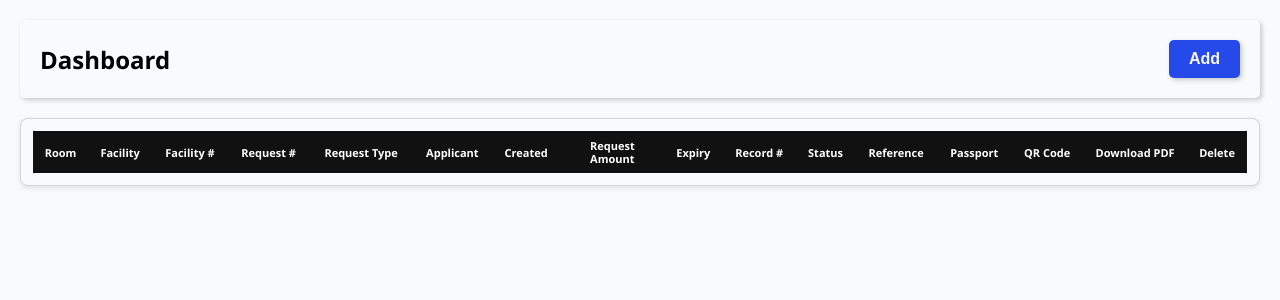
Repository: irfan-shah-sherani/Travel-Tour
Page: public/index.html
An editor plug-in stored every save of this project. The page is shown before and after the next save, followed by the edit.
The browser window is 1280 px wide. The pictures show the whole page.
The page's requests for data from a server got no answer.

Above is the page before, as saved 2025-07-11 04:52:07.

### public/index.html
<!DOCTYPE html>
<html lang="en">

<head>
  <meta charset="UTF-8" />
  <meta name="viewport" content="width=device-width, initial-scale=1.0" />
  <title>Dashboard</title>
  <link rel="stylesheet" href="index.css" />
  <!-- <link
      rel="stylesheet"
      href="/public/Dashboard.css"
      integrity="sha512-..."
      crossorigin="anonymous"
      referrerpolicy="no-referrer"
    /> -->
</head>

<body>
  <main>
    <!-- main content -->
    <div class="main-content">
      <!-- TOP-nav -->
      <nav class="main-nav">
        <div class="page-name">
          <i class="fas fa-bars"></i>
          <p>Dashboard</p>
        </div>
        <div class="button">
          <button id="addPersonBtn">Add</button>
        </div>
      </nav>

      <!-- main content  end -->
      <div class="table-container">
        <table>
          <tr>
            <th>Room</th>
          <th>Facility</th>
          <th>Facility #</th>
          <th>Request #</th>
          <th>Request Type</th>
          <th>Applicant</th>
          <th>Created</th>
          <th>Request Amount</th>
          <th>Expiry</th>
          <th>Record #</th>
          <th>Status</th>
          <th>Reference</th>
          <th>Passport</th>
          <th>QR Code</th>
          <th>Download PDF</th>
          <th>Delete</th>
          </tr>
          <tbody id="person-table-body">
            <!-- JS will populate this -->
          </tbody>
        </table>

        <!-- ✅ Place script here -->
        <script>
  fetch("/api/")
    .then((res) => res.json())
    .then((data) => {
      const tbody = document.getElementById("person-table-body");
      tbody.innerHTML = "";
      data.forEach((record) => {
        const tr = document.createElement("tr");
        tr.innerHTML = `
          <td>${record.record_id}</td>
          <td>${record.room_name}</td>
          <td>${record.facility_name}</td>
          <td>${record.facility_number}</td>
          <td>${record.request_number}</td>
          <td>${record.request_type}</td>
          <td>${record.applicant_name}</td>
          <td>${record.creation_date}</td>
          <td>${record.request_amount}</td>
          <td>${record.expiry_date}</td>
          <td>${record.record_number}</td>
          <td>${record.request_status}</td>
          <td>${record.reference_number}</td>
          <td>${record.passport_number}</td>
          <td>${record.qrcode_url ? `<img src="${record.qrcode_url}" class="qr-img" alt="QR Code">` : "No QR"}</td>
          <td>
            <a href="/api/download-pdf?token=${record.qr_token}">
              <button type="button">Download PDF</button>
            </a>
          </td>
          <td>
            <form action="/delete/${record.qr_token}" method="POST" onsubmit="return confirm('Are you sure you want to delete this record?');">
              <button type="submit">Delete</button>
            </form>
          </td>
        `;

                tbody.appendChild(tr);
              });
            });
        </script>
        </table>
      </div>

      <!-- Trigger Button OUTSIDE -->
      <!-- Add Room Form (initially hidden in CSS or JS) -->
      <div class="add-new add-new-person">
        <h2 class="form-title">Add New Person</h2>
        <form class="person-form" action="/" method="POST">
          <div class="inputForm">
            <!-- Left Side -->
            <div class="left-side">
              <div class="form-group">
                <label for="room_number">Room No </label>
                <input type="text" id="room_number" name="room_number" required />
              </div>

              <div class="form-group">
                <label for="facility_name">Facility Name </label>
                <input type="text" id="facility_name" name="facility_name" required />
              </div>

              <div class="form-group">
                <label for="facility_number">Facility number </label>
                <input type="text" id="facility_number" name="facility_number" required />
              </div>

              <div class="form-group">
                <label for="request_number">Request number </label>
                <input type="number" id="request_number" name="request_number" step="0.01" required />
              </div>

              <div class="form-group">
                <label for="request_type">Request Type</label>
                <input type="text" id="request_type" name="request_type" required />
              </div>
            </div>

            <!-- Center Side -->
            <div class="center-side">
              <div class="form-group">
                <label for="applicant">Applicant</label>
                <input type="text" id="applicant" name="applicant" />
              </div>

              <div class="form-group">
                <label for="created">Created</label>
                <input type="text" id="created" name="created" />
              </div>

              <div class="form-group">
                <label for="amount">Amount</label>
                <input type="text" id="amount" name="amount" />
              </div>

              <div class="form-group">
                <label for="expiry">Expiry</label>
                <input type="text" id="expiry" name="expiry" />
              </div>

              <div class="form-group">
                <label for="record_number">Record number</label>
                <input type="text" id="record_number" name="record_number" />
              </div>
            </div>

            <!-- Right Side -->
            <div class="right-side">
              <div class="form-group">
                <label for="status">Status</label>
                <input type="text" id="status" name="status" />
              </div>

              <div class="form-group">
                <label for="reference_number">Reference number</label>
                <input type="text" id="reference_number" name="reference_number" />
              </div>

              <div class="form-group">
                <label for="passport_number">Passport number</label>
                <input type="text" id="passport_number" name="passport_number" />
              </div>

            </div>
          </div>

          <div class="button-group">
            <button type="button" class="cancelbtn">Cancel</button>
            <button type="submit" class="submit-person-btn">Add Person</button>
          </div>
        </form>
      </div>

    </div>
  </main>
  <script src="index.js"></script>
</body>

</html>

### public/index.css
* {
  margin: 0;
  padding: 0;
  box-sizing: border-box;
}
:root {
  --primary-gradient: linear-gradient(135deg, #667eea 0%, #764ba2 100%);
  --card-shadow: 0 4px 6px rgba(0, 0, 0, 0.1);
  --card-hover-shadow: 0 8px 15px rgba(0, 0, 0, 0.2);
}
body {
  font-family: "Segoe UI", Tahoma, Geneva, Verdana, sans-serif;
  background-color: #f8fafc;
}
main {
  display: flex;
  /* display: flex; */
}
/* .sidebar {
  position: fixed;
  display: flex;
  align-items: center;
  flex-direction: column;
  width: 250px;
  height: 100vh;
  padding: 20px;
  background: var(--primary-gradient);
  border-radius: 10px 0px 0px 10px;
  color: #f8fafc;
}
.cross-icon {
  display: none;
  justify-content: right;
  color: #f8fafc;
  font-size: 2rem;
  cursor: pointer;
}
.logo {
  display: flex;
  align-items: center;
  gap: 10px;
  margin-bottom: 10px;
  border-bottom: 1px solid rgba(255, 255, 255, 1);
  padding-bottom: 20px;
}
.logo p {
  font-size: 24px;
  font-weight: 600;
}
.sidebar img {
  display: block;
  width: 50px;
  height: 50px;
  object-fit: cover;
  object-position: center;
  border-radius: 5px;
}
.logo hr {
  width: 100px;
  height: 2px;
  color: rgba(255, 255, 255, 0.1);
}
.links ul li {
  list-style: none;
  margin: 5px;
}
.links ul li a {
  display: flex;
  padding-left: 20px;
  align-items: center;
  width: 200px;
  height: 50px;
  text-decoration: none;
  gap: 10px;
  border-radius: 10px;
  transition: all 0.3s ease;
  color: rgba(255, 255, 255, 0.85);
}
.links ul li a:hover {
  background-color: rgba(255, 255, 255, 0.1);
  transform: translateX(5px);
}
.links ul li a.active {
  background-color: rgba(255, 255, 255, 0.1);
  transform: translateX(5px);
} */
/* main content */
.main-content {
  display: flex;
  /* margin-left: 250px; */
  flex-direction: column;
  background-color: #f8fafc;
  width: 100%;
  padding: 20px;
  gap: 20px;
}
.main-content nav {
  display: flex;
  justify-content: space-between;
  align-items: center;
  border-radius: 5px;
  width: 100%;
  background-color: #f8fafc;
  padding: 20px;
  box-shadow: 2px 2px 5px rgba(0, 0, 0, 0.2);
}
.page-name {
  display: flex;
  align-items: center;
  gap: 10px;
}
.page-name p {
  font-size: 24px;
  font-weight: 600;
}
.page-name i {
  display: none;
  cursor: pointer;
  font-size: 24px;
  font-weight: 600;
}
.button {
  display: flex;
  align-items: center;
  gap: 10px;
}
.button button {
  padding: 10px 20px;
  border-radius: 5px;
  border: none;
  background-color: #264ae9;
  color: #f8fafc;
  font-size: 16px;
  font-weight: 600;
  box-shadow: 2px 2px 5px rgba(0, 0, 0, 0.2);
  cursor: pointer;
  transition: all 0.05s ease-in-out;
}
.button button:hover {
  transform: translateY(2px);
}

/* table */
/* General Table Styling */
.table-container {
  width: 100%;
  overflow-x: auto;
  background-color: #f8fafc;
  border-radius: 8px;
  border: 1px solid rgba(0, 0, 0, 0.15);
  box-shadow: 0 2px 5px rgba(0, 0, 0, 0.1);
  padding: 12px;
  box-sizing: border-box;
}

/* Table Reset */
table {
  width: 100%;
  border-collapse: collapse;
  font-size: 11px;
  table-layout: auto;
}

/* Table Header */
.table-container table th {
  background-color: #111;
  color: #fff;
  font-weight: 600;
  font-size: 11px;
  padding: 8px;
  text-align: center;
  vertical-align: middle;
  white-space: normal;
  line-height: 1.2;
  word-break: break-word;
}

/* Force words like "Request Number" to wrap into 2 lines */
.table-container table th {
  max-width: 90px;
}

/* Table Body */
.table-container table td {
  white-space: nowrap;
  text-align: center;
  vertical-align: middle;
  padding: 8px 6px;
}

/* Row Hover Effect */
.table-container table tr:hover {
  background-color: #e2e8f0;
  transition: background-color 0.2s;
}

/* Button Styling */
.btn {
  padding: 4px 8px;
  font-size: 10px;
  border-radius: 4px;
  border: none;
  cursor: pointer;
  transition: 0.2s;
}

/* Delete Button */
.delete-form {
  border: 1px solid #ef4444;
  color: #ef4444;
  background: transparent;
}
.delete-form:hover {
  background-color: #fee2e2;
}

/* Download Button (optional styling) */
.download-btn {
  background-color: #2563eb;
  color: white;
  border: none;
}
.download-btn:hover {
  background-color: #1d4ed8;
}

.add-new {
  display: none;
  width: 80%;
  max-height: 90vh; /* limit height */
  overflow-y: auto;  /* enable scroll if content too tall */
  position: absolute;
  top: 50%;
  left: 50%;
  transform: translate(-50%, -50%);
  background-color: white;
  padding: 20px;
  border-radius: 8px;
  box-shadow: 0 0 10px rgba(0, 0, 0, 0.5);
  font-family: Arial, sans-serif;
  z-index: 10;
}

.form-title {
  font-size: 24px;
  font-weight: 600;
  margin-bottom: 10px;
}

/* Reduce spacing */
.person-form {
  display: flex;
  flex-direction: column;
  gap: 10px;
}

.inputForm {
  display: flex;
  justify-content: space-between;
  gap: 20px;
}

/* Equal columns */
.left-side,
.center-side,
.right-side {
  flex: 1;
}
label {
  font-size: 14px;
  font-weight: 500;
  margin-bottom: 5px;
}
/* Compact input spacing */
.form-group {
  display: flex;
  flex-direction: column;
  margin-bottom: 10px;
}

input,
textarea,
select {
  padding: 5px;
  font-size: 16px;
}

/* Buttons */
.button-group {
  display: flex;
  justify-content: flex-end;
  gap: 10px;
  margin-top: 0px;
}

button {
  padding: 8px;
  font-size: 13px;
  border: none;
  border-radius: 5px;
  cursor: pointer;
}

.cancel-person-btn {
  background-color: #6c757d;
  color: white;
}

.submit-person-btn {
  background-color: #007bff;
  color: white;
}

/* Responsive */
@media (max-width: 768px) {
  .inputForm {
    flex-direction: column;
  }

  .left-side,
  .center-side,
  .right-side {
    width: 100%;
  }
}
.qr-img {
  width: 30px;
  height: 30px;
  object-fit: contain;
  display: block;
}

### public/index.js
const addPersonBtn = document.getElementById("addPersonBtn");
const addNewPerson = document.querySelector(".add-new");
const cancelPersonBtn = document.querySelector(".cancelbtn");
const submitPersonBtn = document.querySelector(".submit-person-btn");

addPersonBtn?.addEventListener("click", () => {
  addNewPerson.style.display = "block";
});

cancelPersonBtn?.addEventListener("click", () => {
  addNewPerson.style.display = "none";
});

submitPersonBtn?.addEventListener("click", () => {
  addNewPerson.style.display = "none";
});

After the next save:
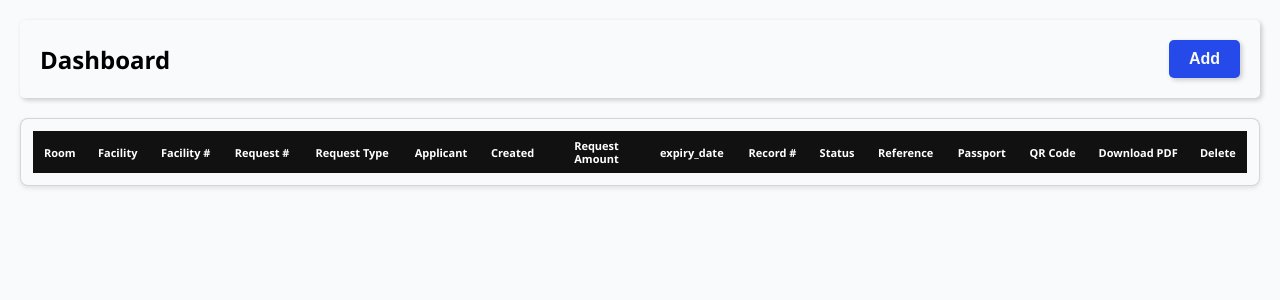
Saved 19 s later.
--- a/public/index.html
+++ b/public/index.html
@@ -42,7 +42,7 @@
           <th>Applicant</th>
           <th>Created</th>
           <th>Request Amount</th>
-          <th>Expiry</th>
+          <th>expiry_date</th>
           <th>Record #</th>
           <th>Status</th>
           <th>Reference</th>
